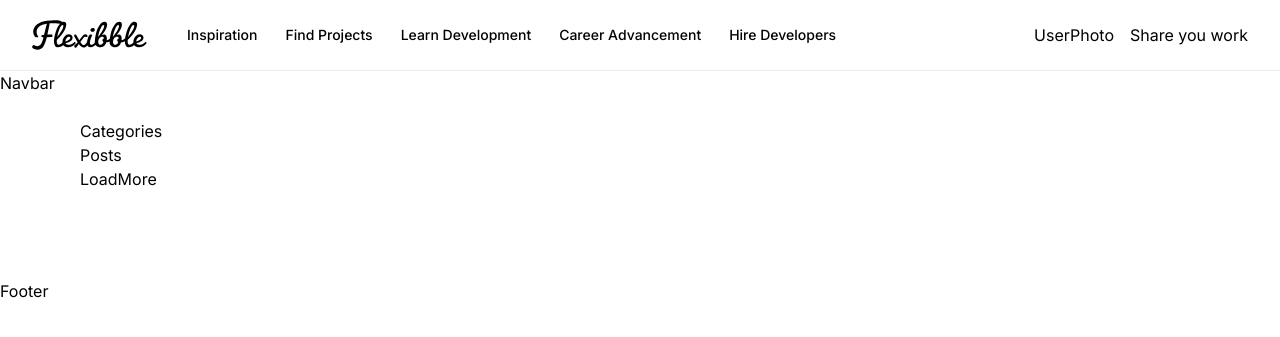
Repository: YUKIKAZE-nanoda/shigure_grafbase
Page: /
The author's editor kept a copy of each file at every save. The page is drawn from the files as they stood at one save, then again after the next save.
The browser window is 1280 px wide. The pictures show the whole page.
The project was rebuilt for these pictures with package versions that can differ from the ones it lists, and the page was loaded fresh each time. The framework's server and built-in components were replaced by stand-ins that run in the browser. Also part of the build but not shown: next.config.js.

Above is the page before, as saved 2023-07-15 10:48:26.

### app/layout.tsx
import './globals.css'
import Footer from '@/components/Footer'
import Navbar from '@/components/Navbar'
export const metadata = {
  title: 'Flexibble',
  description: 'Showcase of flexbox layouts',
}

export default function RootLayout({
  children,
}: {
  children: React.ReactNode
}) {
  return (
    <html lang="en">
      <Navbar/>
      <body>
        Navbar
        <main>{children}</main>
        <Footer/>
        </body>
    </html>
  )
}

### app/page.tsx
const Home = () => {
    return (

        <section className="flex-start flex-col paddings mb-16">
            <h1>Categories</h1>
            <h1>Posts</h1>
            <h1>LoadMore</h1>
        </section>

    )
}

export default Home;

### components/Footer.tsx
import React from "react";
const Footer=()=>{
    return <div>
        Footer
    </div>
}

export default Footer;

### components/Navbar.tsx
import Link from 'next/link';
import Image from 'next/image';
import { NavLinks } from '@/constants';
import AuthProviders from './AuthProviders';
const Navbar = () => {
    const session = {};
    return (
        <nav className="flexBetween navbar">
            <div className="flex-1 flexStart gap-10">
                <Link href="/">
                    <Image
                        src="/logo.svg"
                        width={115}
                        height={43}
                        alt="Flexibble"
                    />
                </Link>
                <ul className='xl:flex hidden text-small gap-7'>
                    {NavLinks.map((link) => (
                        <Link href={link.href} key={link.key}>
                            {link.text}
                        </Link>
                    ))}
                </ul>
            </div>
            <div className='flexCenter gap-4'>
                {session ? (
                    <>
                        UserPhoto
                        <Link href="/create-project">
                            Share you work
                        </Link>
                    </>
                ) : (
                    <AuthProviders></AuthProviders>
                )}
            </div>
        </nav>
    );
}

export default Navbar;

Loaded but not shown: app/globals.css (common file); constants/index.ts (common file); tailwind.config.js (common file); components/AuthProviders.tsx (common file)

After the next save:
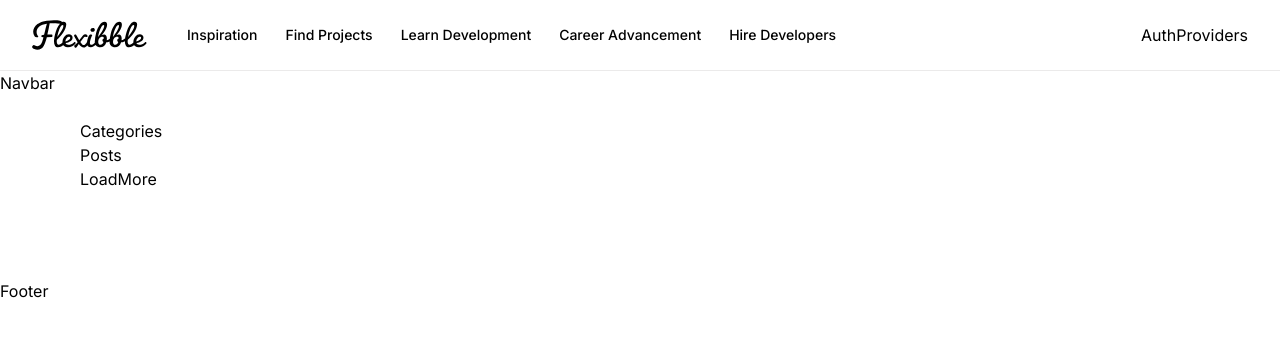
Saved 15 s later.
--- a/components/Navbar.tsx
+++ b/components/Navbar.tsx
@@ -3,7 +3,7 @@ import Image from 'next/image';
 import { NavLinks } from '@/constants';
 import AuthProviders from './AuthProviders';
 const Navbar = () => {
-    const session = {};
+    const session = null;
     return (
         <nav className="flexBetween navbar">
             <div className="flex-1 flexStart gap-10">
